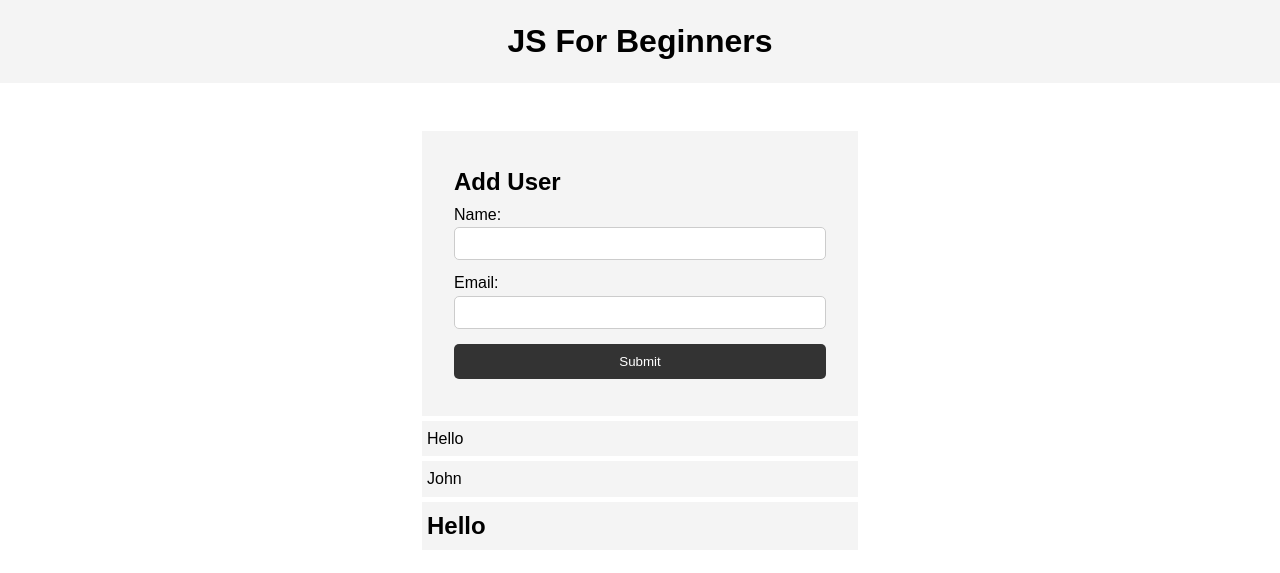
Repository: balkisys/FormationFullStackJS
Page: index.html
These files come from the project's save history. The page is drawn as it stood at one moment and after the next save; the edit follows.
The browser window is 1280 px wide. The pictures show the whole page.

Above is the page before, as saved 2021-03-20 07:46:05.

### index.html
<!DOCTYPE html>
<html lang="en">
  <head>
    <meta charset="UTF-8" />
    <meta name="viewport" content="width=device-width, initial-scale=1.0" />
    <meta http-equiv="X-UA-Compatible" content="ie=edge" />
    <title>JS For Beginners</title>
    <link rel="stylesheet" href="style.css">
  </head>
  <body>
    <header>
      <h1>JS For Beginners</h1>
    </header>

    <section class="container">
      <form id="my-form">
        <h1>Add User</h1>
        <div class="msg"></div>
        <div>
          <label for="name">Name:</label>
          <input type="text" id="name">
        </div>
        <div>
          <label for="email">Email:</label>
          <input type="text" id="email">
        </div>
        <input class="btn" type="submit" value="Submit">
      </form>

      <ul id="users"></ul>

      <ul class="items">
        <li class="item">Item 1</li>
        <li class="item">Item 2</li>
        <li class="item">Item 3</li>
      </ul>
    </section>



    <script src="test.js">
    </script>
  </body>
</html>

### style.css
* {
    margin: 0;
    padding: 0;
    box-sizing: border-box;
}

body {
    font-family: Arial, Helvetica, sans-serif;
    line-height: 1.6;
}

ul {
    list-style: none;
}

ul li {
    padding: 5px;
    background: #f4f4f4;
    margin: 5px 0;
}

header {
    background: #f4f4f4;
    padding: 1rem;
    text-align: center;
}

.container {
    margin: auto;
    width: 500px;
    overflow: auto;
    padding: 3rem 2rem;
}

#my-form {
    padding: 2rem;
    background: #f4f4f4;
}

#my-form label {
    display: block;
}

#my-form input[type='text'] {
    width: 100%;
    padding: 8px;
    margin-bottom: 10px;
    border-radius: 5px;
    border: 1px solid #ccc;
}

.btn {
    display: block;
    width: 100%;
    padding: 10px 15px;
    border: 0;
    background: #333;
    color: #fff;
    border-radius: 5px;
    margin: 5px 0;
}

.btn:hover {
    background: #444;
}

.bg-dark {
    background: #333;
    color: #fff;
}

.error {
    background: orangered;
    color: #fff;
    padding: 5px;
    margin: 5px;
}

### test.js
//console.log('Hello world ');
//console.error('This is an error Test ');
//console.warn('this is a warning ');


//console.log(a);
 // let, const
//let age = 30;
//age = 15;
//console.log(age);

//const PI = 3.14;
//PI = 50;
//console.log(age);

//String , Numbers , Boolean , undefined , Objet

// let number = 14.5;
// var isCold = true;
// var X;
// var z = null;
// const y = undefined;
// console.log(typeof isCold);
// console.log(typeof y);
//x = 6;
//console.log(x);

// Concatenation
//const age = 30;
//const name = 'Ali ';
//console.log('My name is : ' + name + ' i am ' + age);
// Template literals (Template strings)
//const hello = `My name is ${name} and I am ${age} `;
//console.log(hello);
//const s = 'Hello Weekend';
//console.log(s.length);// property of JS
//console.log(s.toLowerCase());
//console.log(s.toUpperCase()); //methode pre JS

//console.log(s.substring(0, 5).toLocaleUpperCase());
//console.log(s.split(''));
//const c = 'technologie , computers , it , code , React ';
//console.log(c.split(','));
 // Array - vaiables that hold multiple values
// const numbers = new Array(1, 2, 3, 4, 5); // creation of an array with the constructor
// console.log(numbers);
// const fruits = ['apples', 'oranges', 1 , 2.2 , true];
// //console.log(fruits[4]); // first element
// //fruits[5] = 'hello';

// //fruits.push('mangos');

// //fruits.unshift('bbcc');
// //fruits.pop();
// //console.log(fruits);
// //console.log(Array.isArray('test'));

// console.log(fruits.indexOf('oranges'));// position of elements in the array

// const person = {
//     firstName: 'Johne',
//     age: 30,
//     hobbies: ['music', 'movies', 'sports'],
//     adress: {
//         street: ' 50 Main ',
//         city: 'Boston ',
//         state : 'MA'
//     }

// }
//console.log(person.age);

// distructuring to pull out object properties
// const { firstName, age, adress: { city } } = person;

// console.log(age);
// console.log(city);
// // we can add a property directly :
// person.email = 'Johne@gmail.com';
// console.log(person);
// Array of object  : object letrals
// const todos = [
//     {
//         id: 1,
//         text: 'Take JS cours ',
//         isCompleted : true
//     },
//      {
//         id: 2,
//         text: 'Take React cours ',
//         isCompleted : false
//     },
//       {
//         id: 3,
//         text: 'Take Node.js cours ',
//         isCompleted : false
//     }
// ]
// console.log(todos.length);

// const todoJSON = JSON.stringify(todos);
// console.log(todoJSON);

//FOR LOOP

//  for (let i = 0; i <= todos.length; i++){
//     console.log(todos[i]);
//     //console.log(`For Loop Number : ${i}`);
// }

// let i = 0;
// while (i < 5) {
//     console.log(`While Loop Number : ${i}`);
//     i ++;
// }
//ES6
// for (let item of todos) {
//     console.log(item);
// }
//Heigh Order Array Methods :
// forEach , Map , filter

// forEach  : just loops threw the array
// map : create new array from an array
// filter : create new array from an array based on condition

// ForEach
// todos.forEach(
//     function (todo) {
//     console.log(todo.text);
//     })

// ---------------------------------------------------- //

    //EL CODE ELI MENBA3D N7OTOU FI DRIVE
// const x = 4;
// const y = 11;
// if (x > 5 || y > 10) { // try ' && '
//     console.log('x is more than 5 or y is more than 10 ');
// }
// Functions
// function addNums(num1, num2) {
//     console.log(num1 + num2);

// }
// addNums(5, 4);
//addNums();// returns NaN (not a number that means it should return a number)
// other exp with setting default values for our parameters
// function addNums(num1 = 1 , num2 = 3) {
//     //console.log(num1 + num2); // usualy we don't console log somthing we return somthing from the function
//     return num1 + num2;
// }
// //addNums(); // it returns value because we have parametres with default value
// console.log(addNums(5, 5));

// Now with arrow functions it much better for code
// Arrow functions intreduced with ES6
// we transforme addNums function to arraow function
// const addNums = (num1 = 1, num2 = 1) => {
//     return num1 + num2;
// }
// if we have one expression  no other variable declaration we can juste write it in one ligne
// like that
// const addNums = (num1 = 1, num2 = 1) => console.log(num1 + num2);
// addNums(5, 50);
//  if we want to return somthing we simply don't write the 'return' key world
// const addNums = (num1 = 1, num2 = 1) => num1 + num2;
// console.log(addNums(5, 51));

// or if we have one parametre we delete the ()

// const addNums = num1 => num1 + 5;
// console.log(addNums(5000));
// usffull for  foreach

//todos.forEach((todo) => console.log(todo));

//OOP
// we have looked on Object litterals and distruction
//constructor function with prototypes and ES6 classes

// function Person(firstName, lastName, dob) {// we set them to properties of object
//     this.firstName = firstName;
//     this.lastName = lastName;
//     //this.dob = dob;
//     this.dob = new Date(dob);
//     // we can add methodes or function to this object
//     // this.getBirthYear = function () {
//     //     return this.dob.getFullYear();
//     // }
//     // this.getFullName = function () {
//     //     return `${this.firstName} ${this.lastName}`
//     // }
// }
// Person.prototype.getBirthYear = function () {
//     return this.dob.getFullYear();
// }
// Person.prototype.getFullName  = function () {
//      return `${this.firstName} ${this.lastName}`
// }
// // Instantiate object with constructor function
// const person1 = new Person('John', 'Doe', '4-3-1980');
// const person2 = new Person('Marry', 'Smith', '3-6-1970');
// console.log(person2.dob.getFullYear());// we can do alot of things with the Date methode
// // we have to talke about dates : now we pass date as string but in a good exp we have to declare Date()


// console.log(person1.getBirthYear());
// console.log(person1.getFullName());
// console.log(person1);// what i would like to do not have the functions with every object instance
// //  because we might not need to use this so we put the function in the prototype

// console.log(person2.getFullName());

// ES6 uses Classes syntaxed sugar easier to write and reed
// class Person {
//     constructor(firstName, lastName, dob) {// it's a methode inside class
//          this.firstName = firstName;
//          this.lastName = lastName;
//    //this.dob = dob;
//          this.dob = new Date(dob);
//     }
//     getBirthYear() {
//         return this.dob.getFullYear();
//     }
//     getFullName() {
//         return `${this.firstName} ${this.lastName}`;
//     }

// }
// const person1 = new Person('John', 'Doe', '4-3-1980');
// const person2 = new Person('Marry', 'Smith', '3-6-1970');
// console.log(person1.getFullName());
// console.log(person1);


// -----------------DOM---------------------------- //
// window object is the parent object of the browser : he have the alert function
//console.log(window);
//window.alert(1);
// talk about document function
// Single element
// const form = document.getElementById('my-form');
// // query selector is newer then getElementById : and works just like Jquery
// console.log(document.querySelector('.container'));

// console.log(form);
// console.log()
// // Multiple element
//console.log(document.querySelectorAll('.item')); //node list semilar to an array
// we can run array methods on it
// with querySelectorAll you can put any thing an id , class , a tag anything
//console.log(document.getElementsByClassName('item'));
//console.log(document.getElementsByTagName('li'));

//const items = document.querySelectorAll('.item');
//items.forEach((item) => console.log(item));
const ul = document.querySelector('.items');
//ul.remove();
// remove the last item

//ul.lastElementChild.remove();
ul.firstElementChild.textContent = 'Hello';
ul.children[1].innerText = 'John';
ul.lastElementChild.innerHTML = '<h1> Hello</h1>';

After the next save:
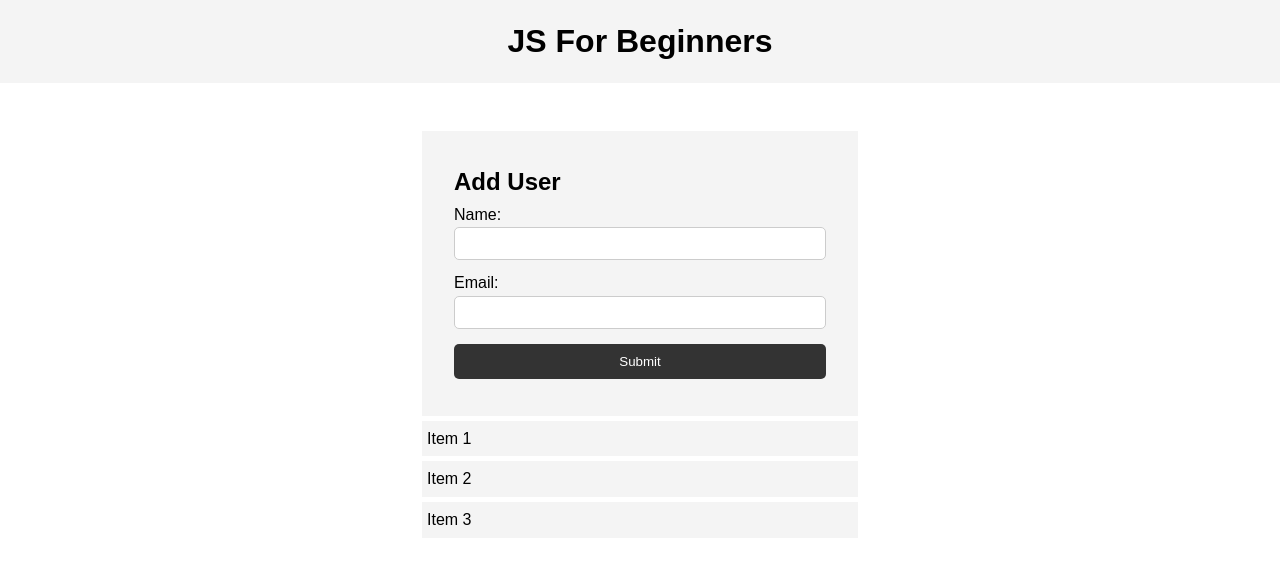
Saved 6 min 3 s later.
--- a/test.js
+++ b/test.js
@@ -260,6 +260,14 @@ const ul = document.querySelector('.items');
 // remove the last item
 
 //ul.lastElementChild.remove();
-ul.firstElementChild.textContent = 'Hello';
-ul.children[1].innerText = 'John';
-ul.lastElementChild.innerHTML = '<h1> Hello</h1>';
+//ul.firstElementChild.textContent = 'Hello';
+// ul.children[1].innerText = 'John';
+// ul.lastElementChild.innerHTML = '<h1> Hello</h1>';
+const btn = document.querySelector('.btn');
+//btn.style.background = 'red'; // we use that maybe in Functions for exp you click on somthing and that change the style or the color
+// create an eventListner
+// first parameter is the event the second is the function that you want to run
+//when the btn clicked
+btn.addEventListener('click', (e) => {
+    console.log('click');
+} );
